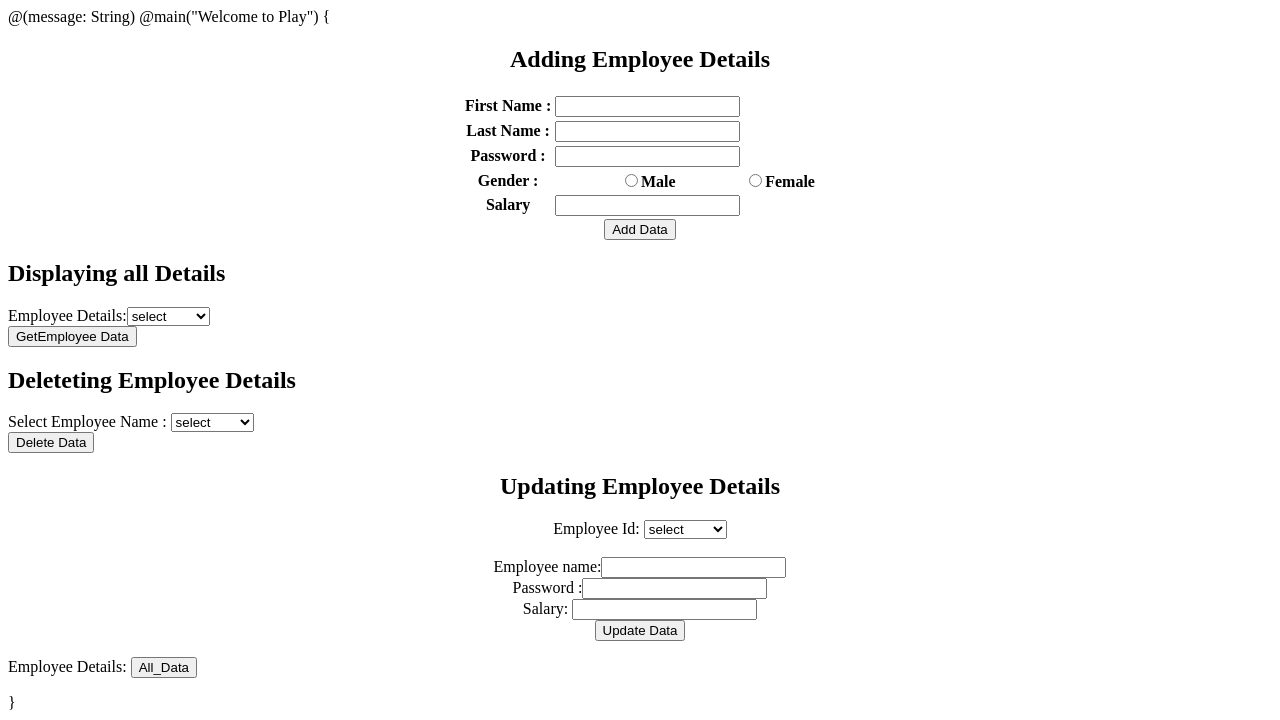
Repository: PoonamDeokar/SalesTool
Page: CrudDemo/app/views/index.scala.html
These files come from the project's save history. The page is drawn as it stood at one moment and after the next save; the edit follows.
The browser window is 1280 px wide. The pictures show the whole page.

Above is the page before, as saved 2016-09-16 10:22:01.

After the next save:
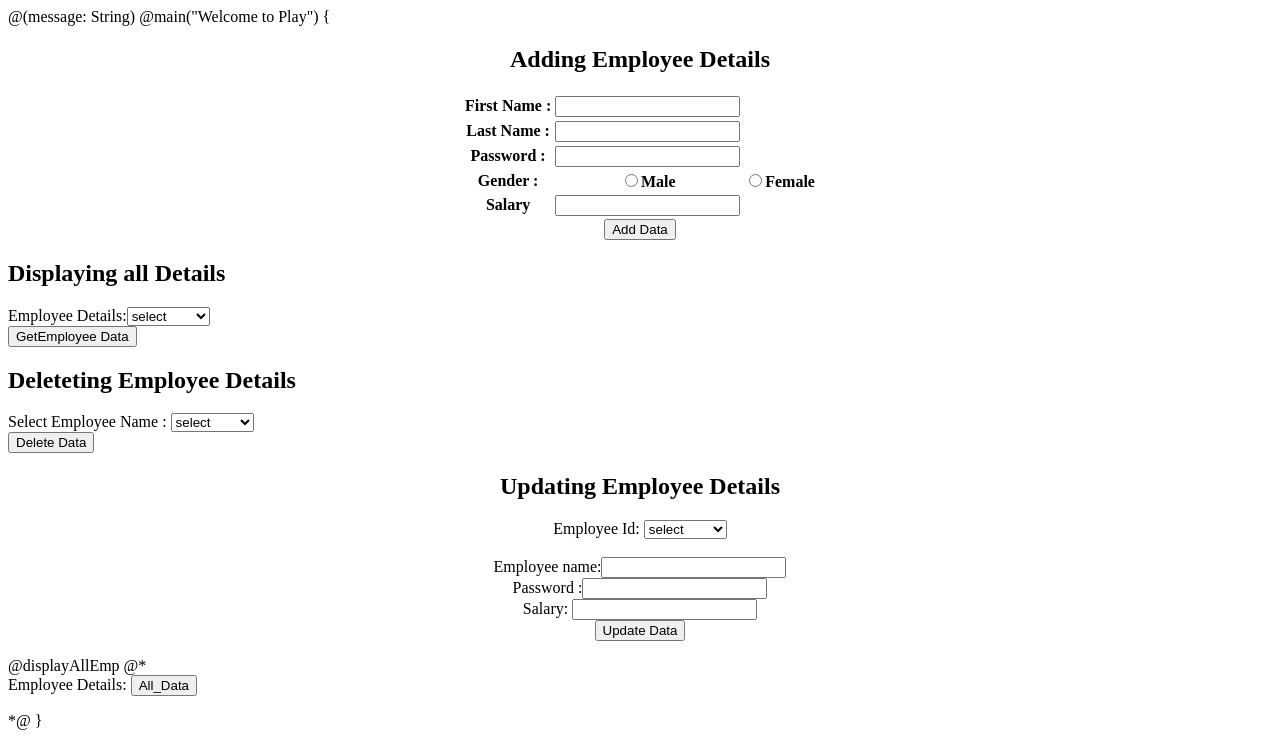
Saved 39 s later.
--- a/CrudDemo/app/views/index.scala.html
+++ b/CrudDemo/app/views/index.scala.html
@@ -81,9 +81,10 @@
 
     </form>
 
-
+    @displayAllEmp
+ @*
     <form action="@routes.HomeController.displayAllData()" method="get">
     Employee Details:
     <input type="submit" value="All_Data"/>
-    </form>
+    </form>*@
 }
